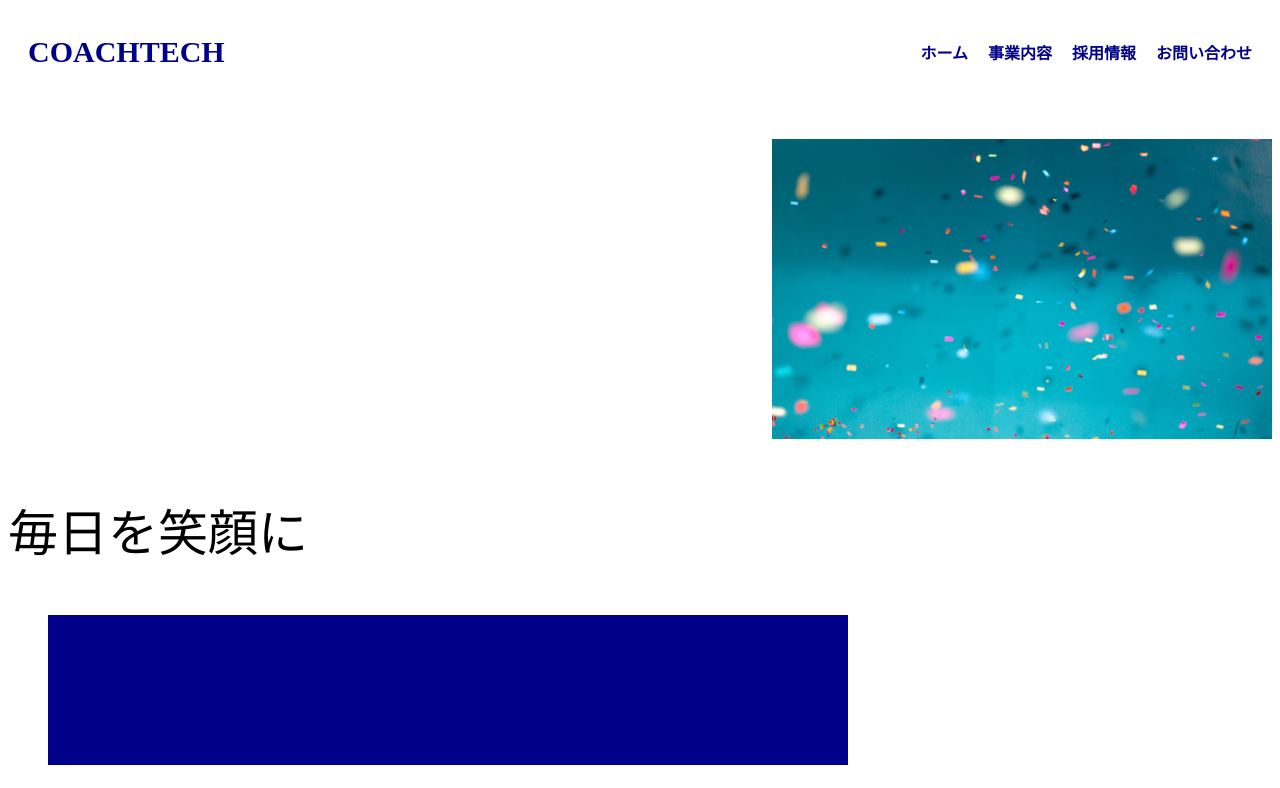
Repository: moro-ayu3/20230213_morohoshi
Page: index.html
These files come from the project's save history. The page is drawn as it stood at one moment and after the next save; the edit follows.
The browser window is 1280 px wide. The pictures show the whole page.

Above is the page before, as saved 2023-02-14 21:24:40.

### index.html
<!DOCTYPE html>
<html lang="ja">

  <head>
    <meta charset="UTF-8" />
    <meta name="viewport" content="width=device-width, initial-scale=1.0" />
    <title>css演習問題</title>
    <link rel="stylesheet" href="./style.css">
  </head>

  <body>
   <div class="homepage">
    <header class="header">
     <h1 class="header-ttl">
     COACHTECH
     </h1>
     <ul class="header-list">
      <li class="header-item">ホーム</li><li class="header-item">事業内容</li><li class="header-item">採用情報</li><li class="header-item">お問い合わせ</li>
     </ul>
    </header>
   <main>
     <div class="relative-img">
      <img src="img/firstview.jpeg" width="500" height="300"alt="firstview">
     </div>
     <div class="flex">
      <p class="main-ttl">毎日を笑顔に</p>
      <div class="absolute-blue-box"></div>
     </div>
    </main>
   </div>
  </body>

</html>

### style.css
.homepage {
  width: 100%;
}

.header {
  display: flex;
  justify-content: space-between;
  align-items: center;
  margin-top: 15px;
  color: #00008b;
}

.header-ttl {
  font-size: 30px;
  margin-left: 20px;
}

.header-list {
  display: flex;
  font-weight: bold;
  list-style: none;
}

.header-item {
  margin-right: 20px;
}

.relative-img {
  margin-top: 50px;
  position: relative;

  text-align: right;
  z-index: 10;
}

.img {
  width: 100%;
  height: auto;
}


.flex {
  display: flex;
  flex-direction: column;
}

.main-ttl {
  color: black;
  font-size: 50px;
  text-align: justify;
}

.absolute-blue-box {
  width: 800px;
  height: 150px;
  margin-bottom: 15px;
  margin-left: 40px;
  z-index: 0;
  background-color: #00008b;
}

After the next save:
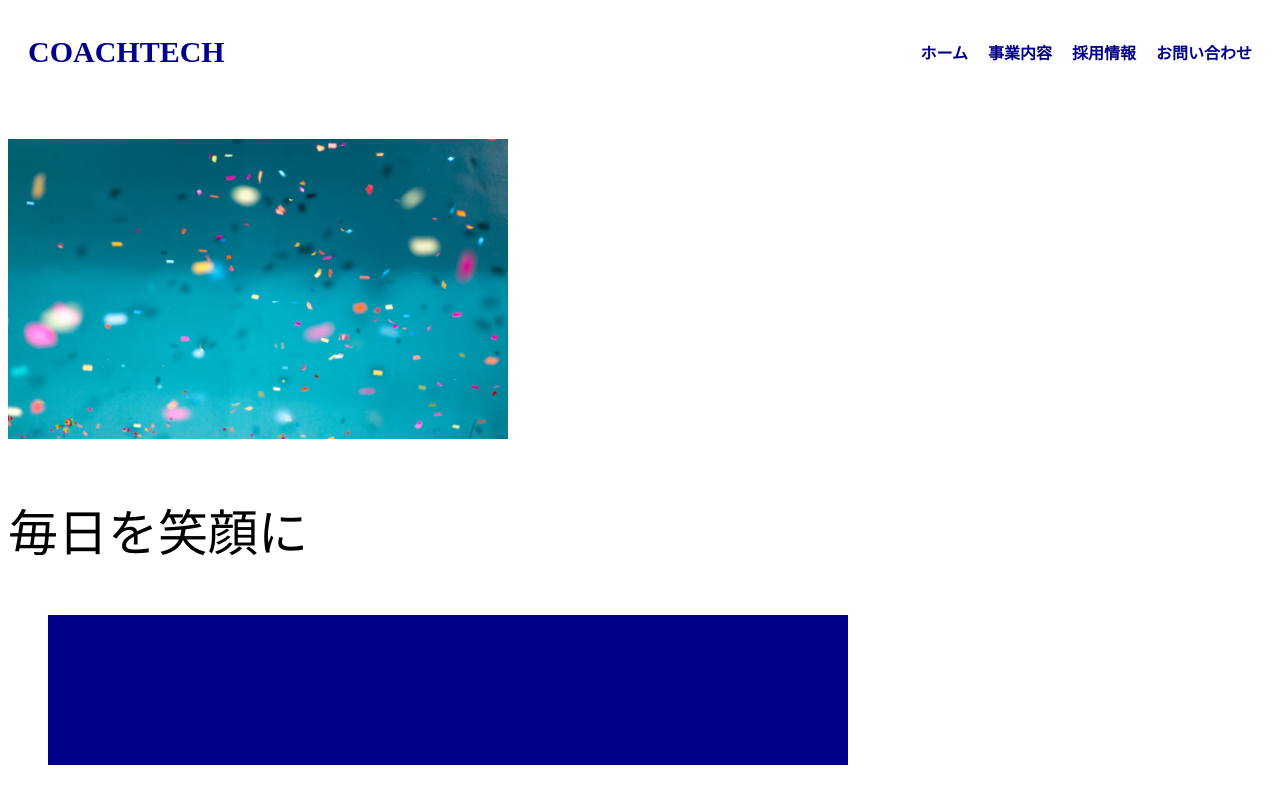
Saved 4 s later.
--- a/style.css
+++ b/style.css
@@ -28,7 +28,7 @@
 .relative-img {
   margin-top: 50px;
   position: relative;
-
+  top
   text-align: right;
   z-index: 10;
 }

After the 3 saves that followed:
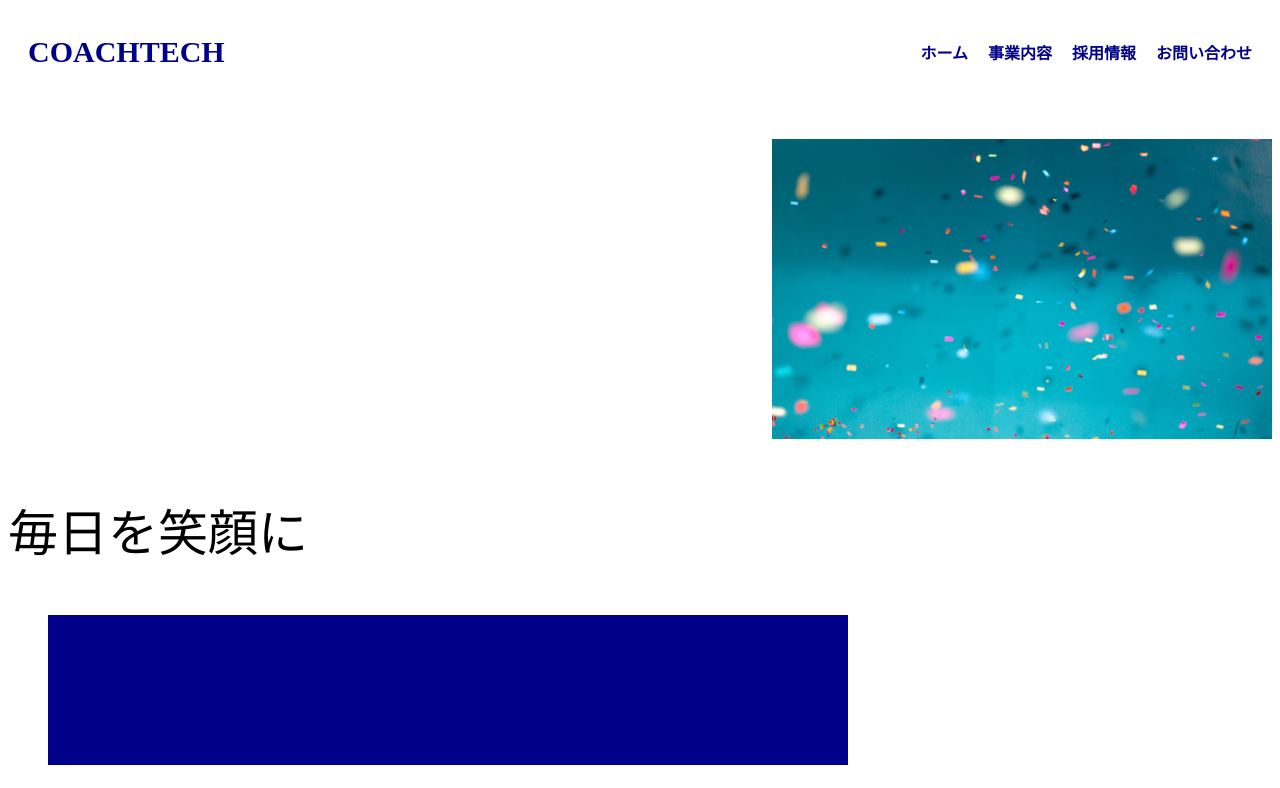
The 3 saves are shown as one change because 1 left the picture as it was and some came seconds apart.
The last was saved 37 s later.
--- a/style.css
+++ b/style.css
@@ -28,7 +28,7 @@
 .relative-img {
   margin-top: 50px;
   position: relative;
-  top
+
   text-align: right;
   z-index: 10;
 }
